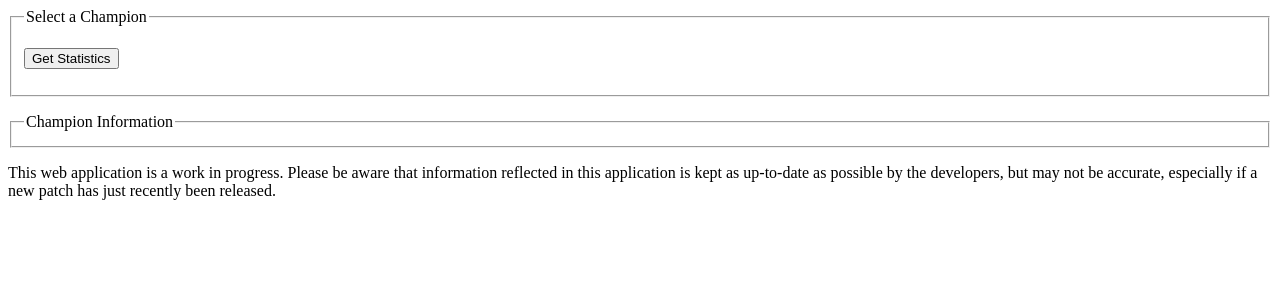
Repository: spencer-carver/lol-db
Page: LOLdb/war/index.html
An editor plug-in stored every save of this project. The page is shown before and after the next save, followed by the edit.
The browser window is 1280 px wide. The pictures show the whole page.
The page's requests for data from a server got no answer. Some web libraries are served in a nearby version.

Above is the page before, as saved 2013-01-31 10:04:13.

After the next save:
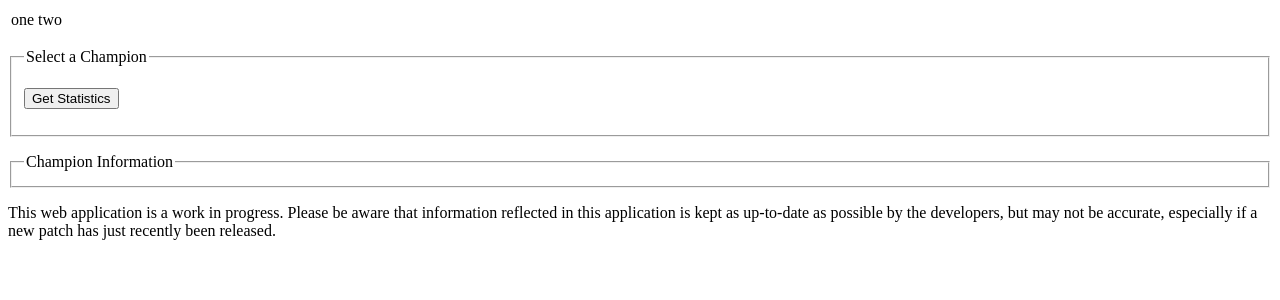
Saved 8 h 8 min later.
--- a/LOLdb/war/index.html
+++ b/LOLdb/war/index.html
@@ -10,6 +10,11 @@
 
 </head>
 <body>
+	<table>
+		<tr>
+			<td>one</td><td>two</td>
+		</tr>
+	</table>
  	<form id="get_champion_dropdown">
     </form>
     <form id="get_champion_info">
